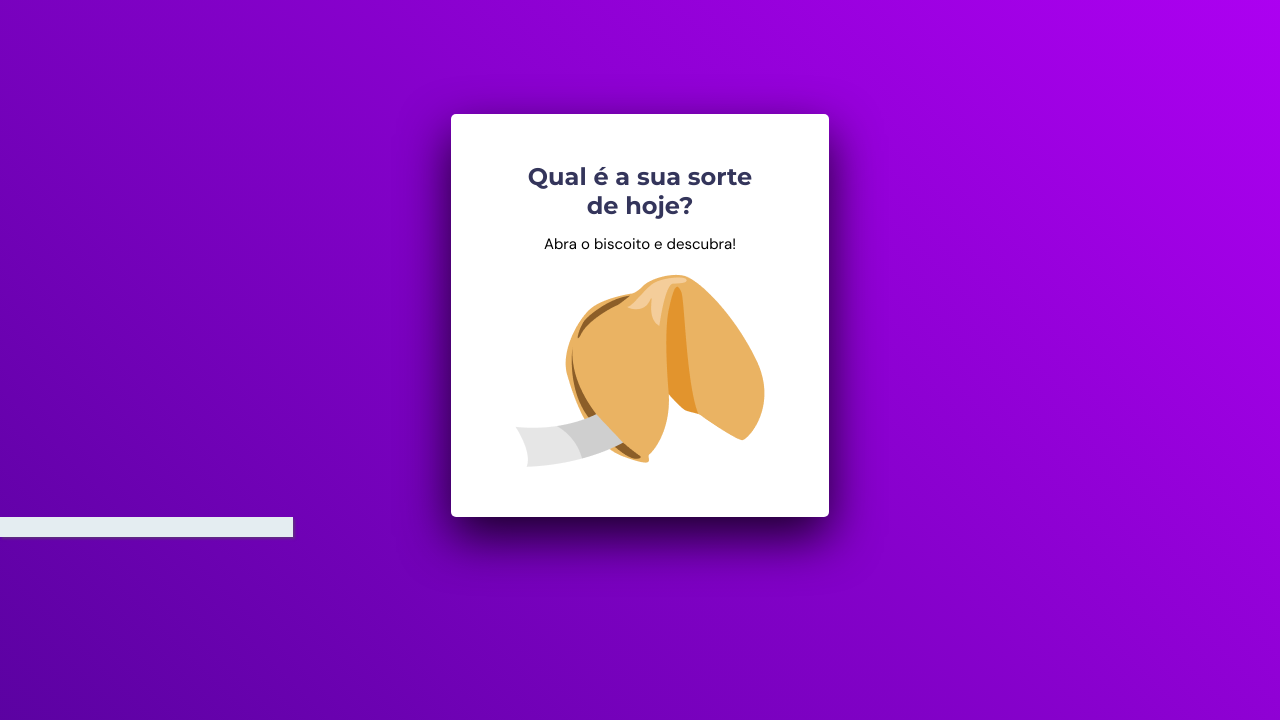
Repository: caueenrico/cookieCoach
Page: index.html
The author's editor kept a copy of each file at every save. The page is drawn from the files as they stood at one save, then again after a run of saves.
The browser window is 1280 px wide. The pictures show the whole page.

Above is the page before, as saved 2023-06-27 18:46:58.

### index.html
<!DOCTYPE html>
<html lang="en">
  <head>
    <meta charset="UTF-8" />
    <meta name="viewport" content="width=device-width, initial-scale=1.0" />
    <link rel="preconnect" href="https://fonts.googleapis.com" />
    <link rel="preconnect" href="https://fonts.gstatic.com" crossorigin />
    <link
      href="https://fonts.googleapis.com/css2?family=DM+Sans&family=Dancing+Script&family=Montserrat:wght@700&display=swap"
      rel="stylesheet"
    />
    <link rel="stylesheet" href="style.css" />
    <title>biscoito da sorte</title>
  </head>
  <body>
    <main>

      <div id='fechado' class="fechado">
        <h1>
          Qual é a sua sorte <br />
          de hoje?
        </h1>
        <p>Abra o biscoito e descubra!</p>
        <img src="/biscoitoClose.png" alt="" />
      </div>

      <div id='aberto' class="hide">
        <h1>
          Aqui está a sua sorte <br/> de hoje:
        </h1>

        <span>
          Se alguém está tão cansado que não possa te dar um sorriso, deixa-lhe o teu.
        </span>
        <img src="/opened-cookie.png" alt="" />

        <button>
          Abrir outro biscoito
        </button>
      </div>

    </main>

    <span></span>
  </body>
  <script src="script.js"></script>
</html>

### style.css
* {
  margin: 0;
  padding: 0;
  box-sizing: border-box;
}

:root {
  font-size: 62.5%;

  --fs-heading: 2.4rem;
  --ff-heading: "Montserrat", sans-serif;

  --fs-subt: 1.5rem;
  --ff-subt: "DM Sans", sans-serif;
}

body {
  height: 100vh;
  width: 100vw;
  display: flex;
  flex-direction: column;
  justify-content: center;

  background: linear-gradient(45deg, #190361, #bb00ff);
  animation: gradient 10s ease infinite;
  background-size: 200% 200%;
}

@keyframes gradient {
  0% {
    background-position: 0% 50%;
  }
  50% {
    background-position: 100% 50%;
  }
  100% {
    background-position: 0% 50%;
  }
}

main {
  margin: 0 auto;

  display: flex;
  flex-direction: column;
  align-items: center;
  justify-content: center;

  padding: 4.8rem 6.4rem;
  background-color: #fff;

  text-align: center;

  border-radius: 5px;
  box-shadow: 0px 20px 50px 0px rgba(0, 0, 0, 0.8);
}

main h1 {
  font-family: var(--ff-heading);
  font-size: var(--fs-heading);
  font-weight: 700;

  color: #34355b;
  margin-bottom: 1.4rem;
}

main p {
  font-size: var(--fs-subt);
  font-family: var(--ff-subt);

  margin-bottom: 2rem;
}

main img {
  width: 100%;
  flex-shrink: 0;
}

main img:hover {
  animation: treme 0.1s infinite;
}

@keyframes treme {
  0% {
    margin-left: 0;
  }
  25% {
    margin-left: 5px;
  }
  50% {
    margin-left: 0;
  }
  75% {
    margin-left: -5px;
  }
  100% {
    margin-left: 0;
  }
}

.hide {
  display: none;
}

span {
  display: flex;
  padding: 10px;
  text-align: center;
  width: 29.3rem;
  background: #e4edf1;
  font-size: 24px;
  font-family: Dancing Script;
  color: #000;

  box-shadow: 2px 2px 2px 0px rgba(85, 85, 85, 0.5);

  margin-bottom: 7rem;
  animation: aparece 2s ease;

}

@keyframes aparece {
  0% {
    transform: translateY(100px);
    opacity: 0;
  }
  100% {
    translate: translateY(0px);
    opacity: 1;
  }
}

.abriu {
  display: flex;
  flex-direction: column;
  align-items: center;
}

.abriu button {
  padding: 1.6rem;
  border-radius: 5px;

  border: none;

  font-size: 15px;
  font-family: DM Sans;
  font-weight: 700;

  color: #FFF;
  background: #FF9500;

  margin-top: 6.0rem;
}

### script.js
const container = document.querySelector('div')
const img = document.querySelector('img')
const aberto = document.getElementById('aberto')

const btn = document.querySelector('button')

const frasesMotivacionais = [
  "Acredite em si mesmo e tudo será possível.",
  "O único lugar onde o sucesso vem antes do trabalho é no dicionário.",
  "O sucesso é a soma de pequenos esforços repetidos dia após dia.",
  "Se você quer ser bem-sucedido, precisa ter dedicação total, buscar seu último limite e dar o melhor de si mesmo.",
  "O sucesso nasce do querer, da determinação e persistência em se chegar a um objetivo.",
  "A persistência é o caminho do êxito.",
  "Não tenha medo de desistir do bom para perseguir o ótimo.",
  "Não é o mais forte que sobrevive, nem o mais inteligente, mas o que melhor se adapta às mudanças.",
  "O sucesso é ir de fracasso em fracasso sem perder entusiasmo.",
  "O único modo de fazer um excelente trabalho é amar o que você faz.",
  "Grandes mentes discutem ideias; mentes medianas discutem eventos; mentes pequenas discutem pessoas.",
  "O sucesso normalmente vem para quem está ocupado demais para procurar por ele.",
  "A melhor vingança é um sucesso estrondoso.",
  "O maior prazer da vida é fazer aquilo que as pessoas dizem que você não é capaz.",
  "Para de perseguir o dinheiro e comece a perseguir o sucesso.",
  "A única maneira de fazer um ótimo trabalho é amar o que você faz.",
  "O que nos parece uma provação amarga pode ser uma bênção disfarçada.",
  "Nada é impossível, a palavra em si diz 'eu sou possível'.",
  "Acredite em seus sonhos e eles podem se tornar realidade.",
  "O sucesso é a soma de pequenos esforços repetidos diariamente.",
  "O otimismo é a fé em ação. Nada se pode levar a efeito sem otimismo.",
  "Se você não está disposto a arriscar, esteja disposto a uma vida comum.",
  "O sucesso é a capacidade de ir de fracasso em fracasso sem perder o entusiasmo.",
  "A motivação é o que faz você começar. O hábito é o que faz você continuar.",
  "O maior erro que você pode cometer é o de ficar o tempo todo com medo de cometer algum.",
  "Não importa a cor do céu. Quem faz o dia bonito é você.",
  "O sucesso nunca é definitivo e o fracasso nunca é fatal. É a coragem que conta.",
  "Se você quer algo que nunca teve, precisa fazer algo que nunca fez.",
  "Não tenha medo de desistir do bom para correr atrás do ótimo.",
  "O verdadeiro empreendedor é um fazedor, não um sonhador.",
  "Seja a mudança que você quer ver no mundo.",
  "A persistência é o caminho do êxito.",
  "O sucesso é a soma de pequenos esforços repetidos dia após dia.",
  "Você é capaz de fazer coisas incríveis.",
  "Acredite que você pode e já está no meio do caminho.",
  "O sucesso nasce do querer, da determinação e persistência em se chegar a um objetivo.",
]

img.addEventListener('click', () => {
  container.classList.toggle('hide')
  aberto.classList.toggle('hide' && 'abriu')
  fraseAleatoria()
})

btn.addEventListener('click', () => {
  container.classList.toggle('hide')
  aberto.classList.toggle('hide' && 'abriu')

})

function fraseAleatoria() {
  const fraseMotivacional = frasesMotivacionais[Math.round(Math.random() * frasesMotivacionais.length)]

  const fraseEmTela = document.getElementsByTagName('span')
  fraseEmTela[0].innerHTML = fraseMotivacional

  console.log(fraseEmTela)
}

After the next 3 saves:
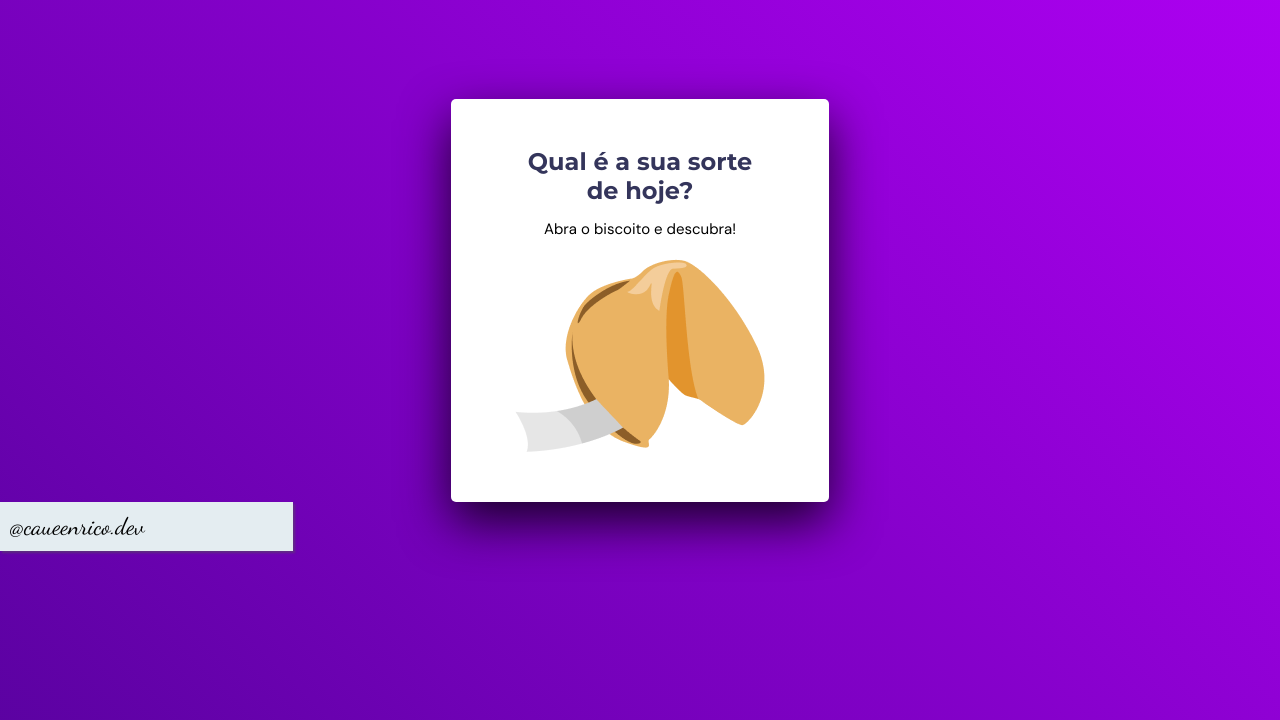
The 3 saves are shown as one change because they came seconds apart.
The last was saved 19 s later.
--- a/index.html
+++ b/index.html
@@ -41,7 +41,7 @@
 
     </main>
 
-    <span></span>
+    <span>@caueenrico.dev</span>
   </body>
   <script src="script.js"></script>
 </html>
